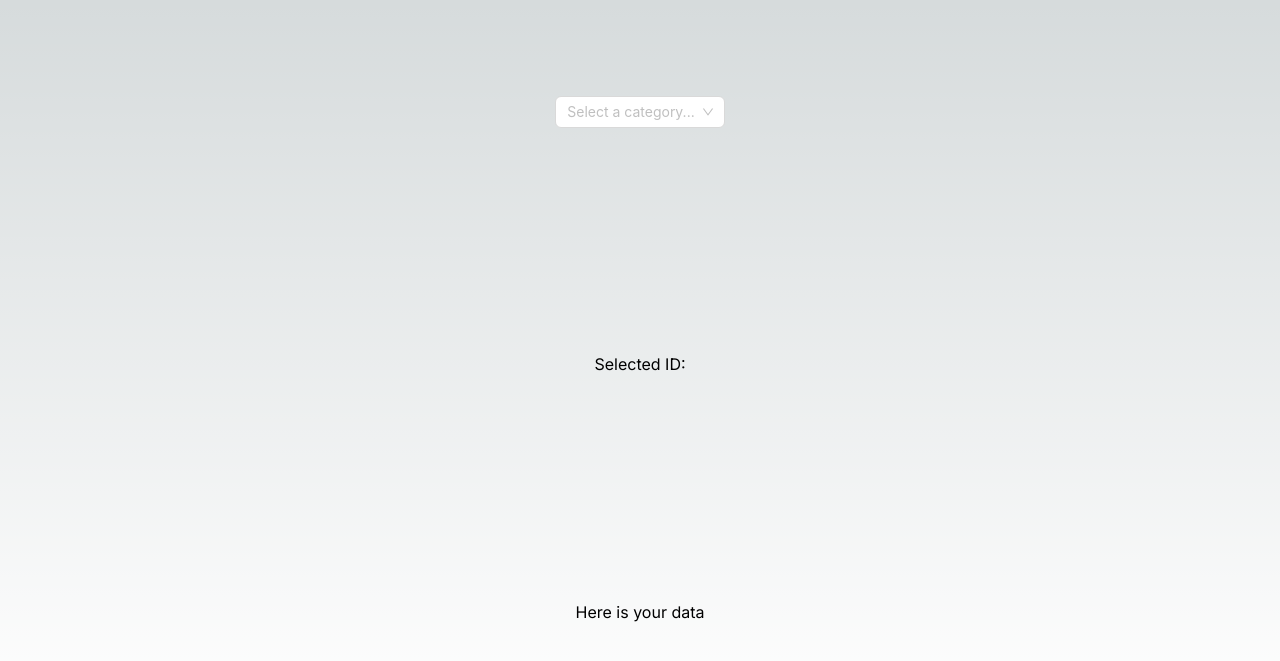
Repository: abdulrahmanmahmood/Mazaady-Portal-Frontend-Task-react-next--1
Page: /
These files come from the project's save history. The page is drawn as it stood at one moment and after the next save; the edit follows.
The browser window is 1280 px wide. The pictures show the whole page.
The page's requests for data from a server got no answer. The project was rebuilt for these pictures with package versions that can differ from the ones it lists, and the page was loaded fresh each time. The framework's server and built-in components were replaced by stand-ins that run in the browser. No one was signed in, and anything a server would have sent is missing. Also part of the build but not shown: next.config.mjs.

Above is the page before, as saved 2024-01-29 14:33:10.

After the next save:
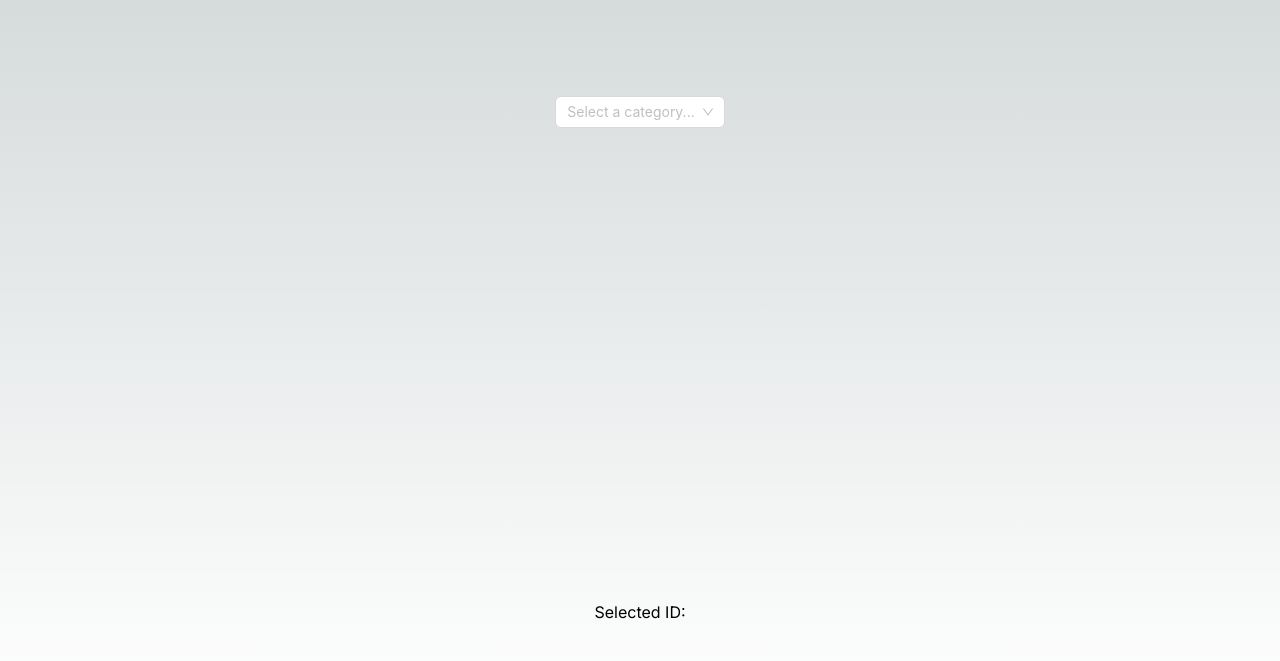
Saved 21 s later.
--- a/app/page.js
+++ b/app/page.js
@@ -63,7 +63,6 @@ export default function Home() {
       </>
     )}
     <h2>Selected ID: {selectedCat}</h2>
-    <h2>Here is your data</h2>
   </main>
   );
 }
